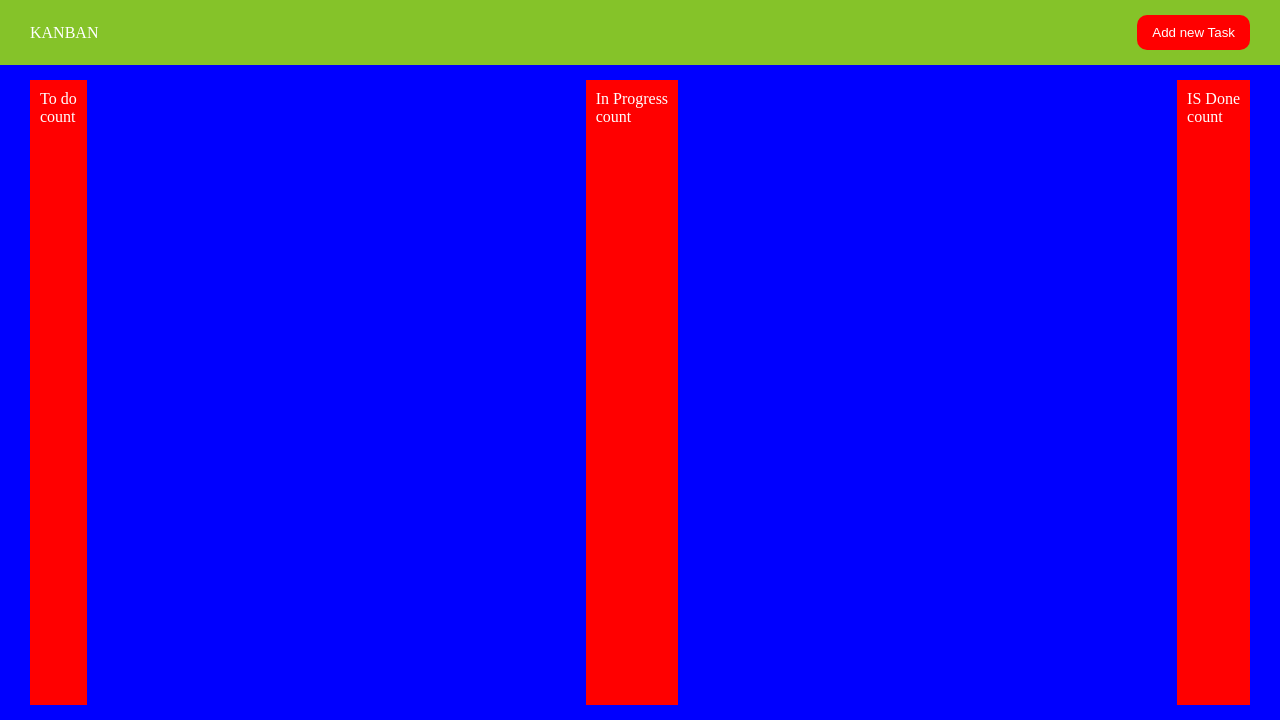
Repository: Sandeepji-5/Kanban-board
Page: index.html
An editor plug-in stored every save of this project. The page is shown before and after the next save, followed by the edit.
The browser window is 1280 px wide. The pictures show the whole page.

Above is the page before, as saved 2025-12-08 18:25:24.

### index.html
<!DOCTYPE html>
<html lang="en">
<head>
    <meta charset="UTF-8">
    <meta name="viewport" content="width=device-width, initial-scale=1.0">
    <title>Document</title>
    <link rel="stylesheet" href="style.css">
</head>
<body>
    <main>
        <nav>
            <div class="left">KANBAN</div>
            <div class="right"><button>Add new Task</button></div>
        </nav>
        <section class="board">
            <div class="task-column">
                <div class="hweading">
                    <div class="left">To do </div>
                    <div class="right">count</div>
                </div>
            </div>
            <div class="task-column">
                <div class="heading">
                    <div class="left">In Progress</div>
                    <div class="right">count</div>
                </div>
            </div>
            <div class="task-column">
                <div class="heading">
                    <div class="left">IS Done </div>
                    <div class="right"> count</div>
                </div>
            </div>
        </section>


    </main>
    <script src="kanban.js"></script>
</body>
</html>

### style.css
* {
    margin: 0;
    padding: 0;

    box-sizing: border-box;
}

html,
body {
    width: 100%;
    height: 100%;

}

:root {
    --bg-color: #0000000;
    --bg-button-color: red
    --primary-text-color: #f4f4f4;

    /* padding 1 rem 2 rem */
    --nav-padding: 15px 30px;
    --section-padding: 15px 30px;
    --padding-s: 5px;
    --padding-m: 10px;
    --padding-l: 15px;
    --padding-xl: 20px;
    --padding-xxl: 30px;


    /* border radius variable  */



    --border-radius-s:5px;
    --border-radius-m:10px;
    --border-radius-l:15px;
    --border-radius-xl:20px;
    --border-radius-xxl:30px;


}

body {
    background-color: black;
    color: white;
}
main{
    display: flex;
    height: 100%;
    width: 100%;
    flex-direction: column;
    background-color: rgb(133, 195, 41);

}

nav{
    padding: var(--nav-padding);
    display: flex;
    align-items: center;
    justify-content: space-between;

}
nav button{
    background-color: red;
    color: white;
    border: none;
    outline: none;
    padding: var(  --padding-m) var(  --padding-l);
    cursor: pointer;
    border-radius:var(--border-radius-m) ;

}


section{
    padding:var(--section-padding);
    /* height: 100%; */
    display: flex;
    flex-grow: 1;
    justify-content: space-between;
    background-color: blue;
    pading: var(--padding-xxl);

}
section .task-column{
    padding: var(--padding-m);
    background-color: red;

}

Loaded but not shown: kanban.js (no copy from this time; the picture is the same without it)

After the next save:
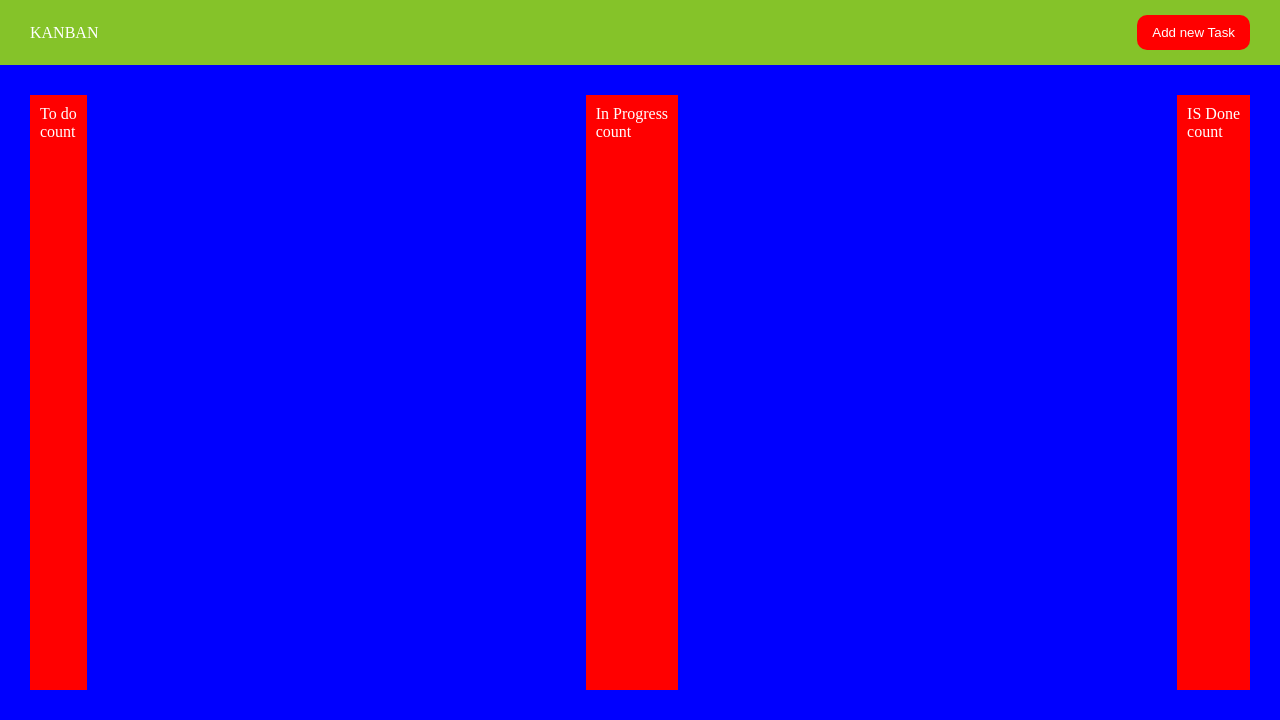
Saved 6 s later.
--- a/style.css
+++ b/style.css
@@ -79,7 +79,7 @@ section{
     flex-grow: 1;
     justify-content: space-between;
     background-color: blue;
-    pading: var(--padding-xxl);
+    padding: var(--padding-xxl);
 
 }
 section .task-column{
